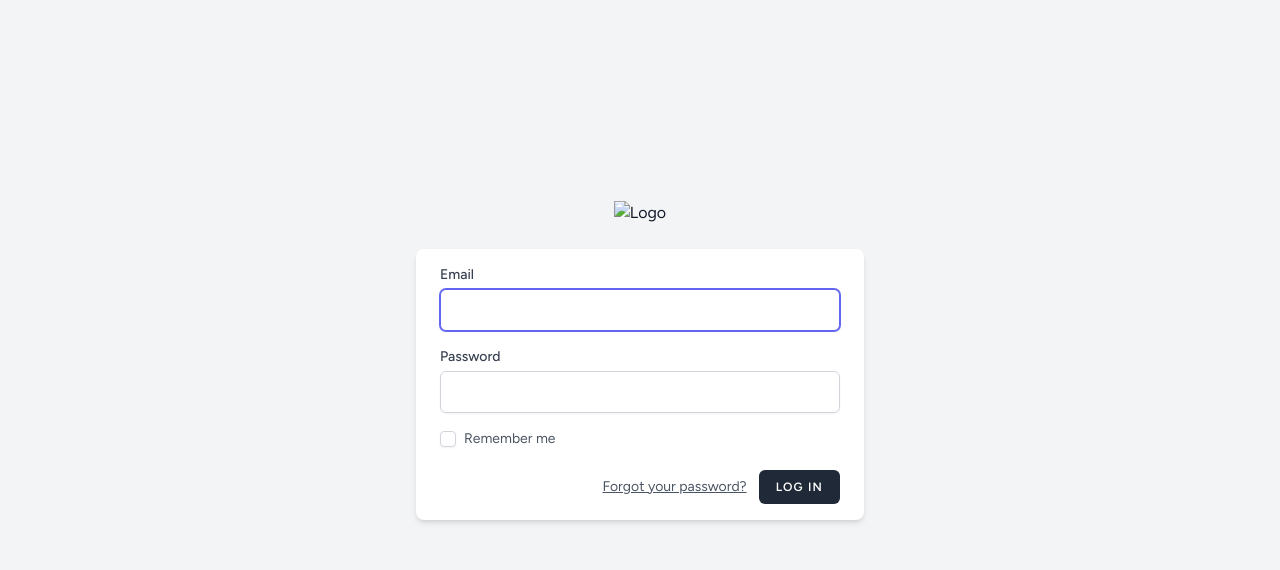
Repository: cosmin05072018/fantastic-events-manager
Page: http://localhost/login
These files come from the project's save history. The page is drawn as it stood at one moment and after a run of saves; the edit follows.
The browser window is 1280 px wide. The pictures show the whole page.
The page is served by the project's Laravel application, run on PHP 8.4 with Laravel 10. Style sheets and scripts are compiled from the project's sources, by tool versions that may differ from the author's.

Above is the page before, as saved 2024-11-03 17:43:02.

After the next 2 saves:
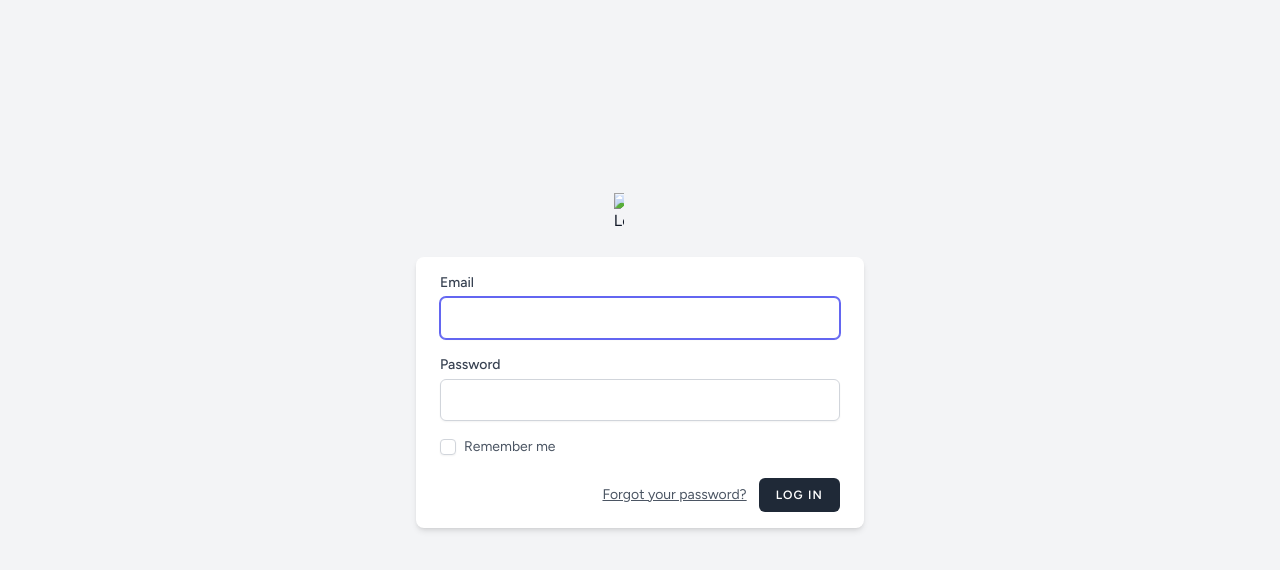
The 2 saves are shown as one change because they came seconds apart.
The last was saved 31 s later.
--- a/resources/views/components/application-logo.blade.php
+++ b/resources/views/components/application-logo.blade.php
@@ -1 +1 @@
-<img src="{{ asset('storage/logo.svg') }}" alt="Logo" class="logo-img img-fluid">
+<img src="{{ asset('storage/logo.svg') }}" alt="Logo" style="width: 20% !important;">

After the 2 saves that followed:
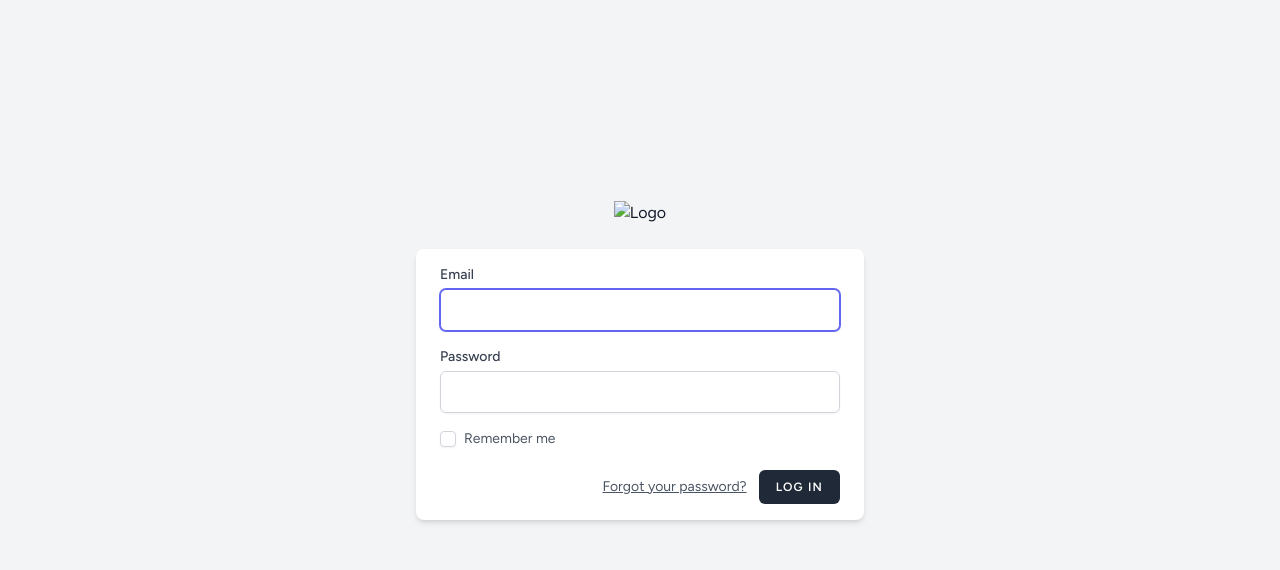
The 2 saves are shown as one change because 1 left the picture as it was.
The last was saved 46 s later.
--- a/resources/views/components/application-logo.blade.php
+++ b/resources/views/components/application-logo.blade.php
@@ -1 +1 @@
-<img src="{{ asset('storage/logo.svg') }}" alt="Logo" style="width: 20% !important;">
+<img src="{{ asset('storage/logo.svg') }}" alt="Logo" style="height: 20% !important; text-align:center;">
